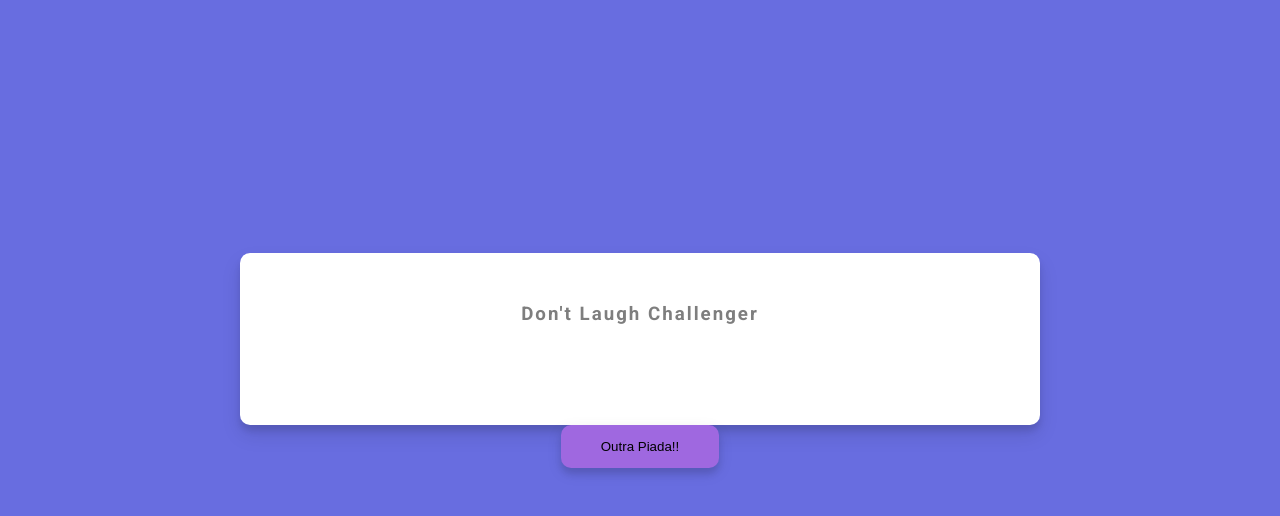
Repository: Williamlmachado/Dad-Jokes
Page: index.html
An editor plug-in stored every save of this project. The page is shown before and after the next save, followed by the edit.
The browser window is 1280 px wide. The pictures show the whole page.

Above is the page before, as saved 2021-08-21 13:01:01.

### index.html
<!DOCTYPE html>
<html lang="en">
    <head>
        <meta charset="UTF-8"/>
        <meta name="viewport" content="width=device-width, initial-scale=1.0"/>
        <link rel="stylesheet" href="style.css"/>
        <title>JoK3s</title>
    </head>
    <body>
        <div class="container">
            <h3>Don't Laugh Challenger</h3>
            <div id="joke" class="joke"></div>
        </div>
        <button id="jokeBtn" class="btn">Outra Piada!!</button>
        <script></script>
    </body>
</html>

### style.css
@import url('https://fonts.googleapis.com/css2?family=Roboto:wght@400;700&display=swap');

* {
  box-sizing: border-box;
}

body {
  background-color: #686de0;
  font-family: 'Roboto', sans-serif;
  display: flex;
  flex-direction: column;
  align-items: center;
  justify-content: center;
  height: 100vh;
  overflow: hidden;
  margin: 0;
  padding: 20px;
}
.container{
    background-color: white;
    border-radius: 10px;
    box-shadow: 0 10px 20px rgba(0, 0, 0, 0.1), 0 6px 6px rgba(0, 0, 0, 0.1);
    padding: 50px 20px;
    text-align: center;
    max-width: 100%;
    width: 800px;
}
h3{
    margin: 0;
    opacity: 0.5;
    letter-spacing: 2px;
}
.joke{
    font-size: 30px;
    letter-spacing: 1px;
    line-height: 40px;
    margin: 50px auto;
    max-width: 600px;
}
.btn{
    background-color: #9f68E0;
    border: 0;
    border-radius: 10px;
    box-shadow: 0 5px 15px rgba(0, 0, 0, 0.1), 0 6px 6px rgba(0, 0, 0, 0.1);
    padding: 14px 40px;
    font-size: ;
}

After the next save:
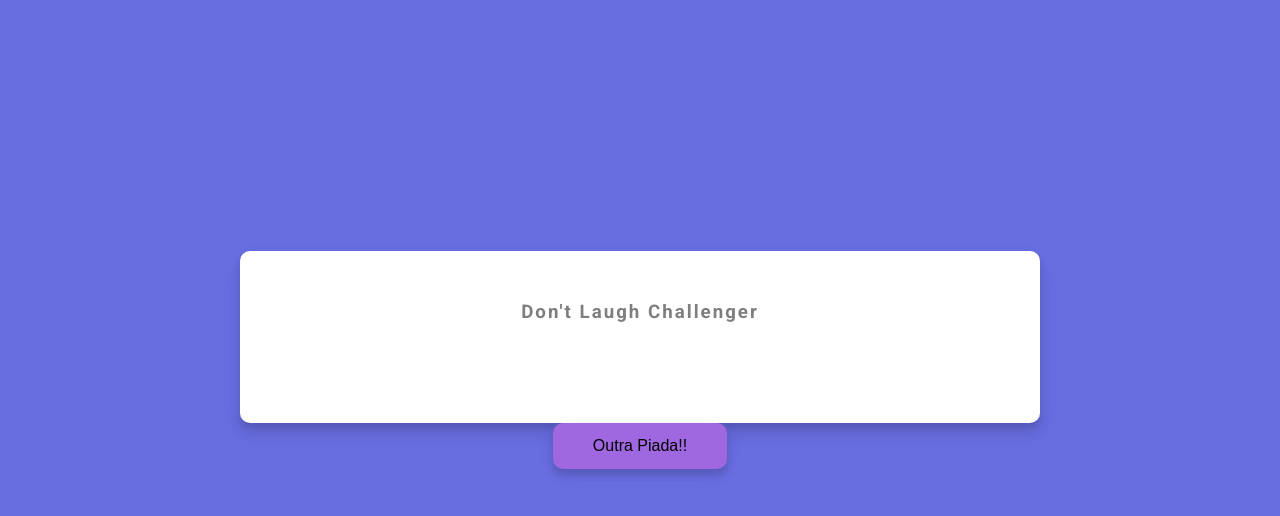
Saved 21 s later.
--- a/style.css
+++ b/style.css
@@ -43,5 +43,6 @@ h3{
     border-radius: 10px;
     box-shadow: 0 5px 15px rgba(0, 0, 0, 0.1), 0 6px 6px rgba(0, 0, 0, 0.1);
     padding: 14px 40px;
-    font-size: ;
+    font-size: 16px;
+    cursor: pointer;
 }
